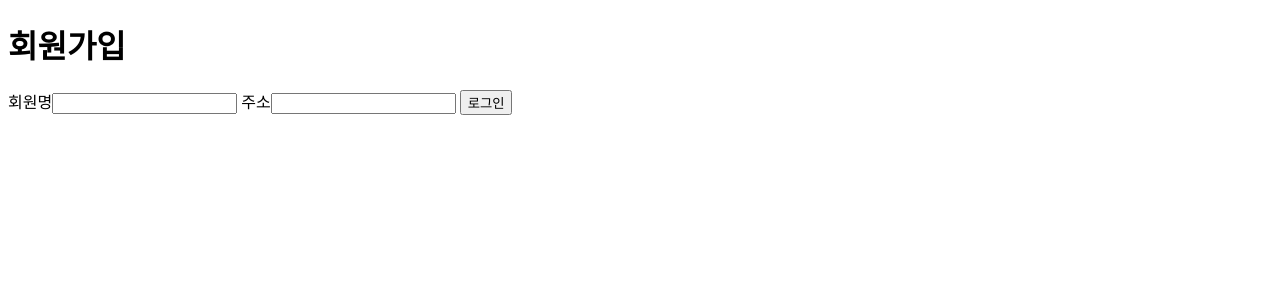
Repository: ssookkdduugg/jsp
Page: http://localhost/Hello/memReg.jsp
An editor plug-in stored every save of this project. The page is shown before and after the next save, followed by the edit.
The browser window is 1280 px wide. The pictures show the whole page.
The page is served by Tomcat 9. Other server files are loaded and not shown.

Above is the page before, as saved 2023-09-19 05:14:36.

### Hello/src/main/webapp/memReg.jsp
<%@ page language="java" contentType="text/html; charset=UTF-8"
    pageEncoding="UTF-8"%>
<!DOCTYPE html>
<html>
<head>
<meta charset="UTF-8">
<title>Insert title here</title>
</head>
<body>
	<h1>회원가입</h1>
	<form action="./login2" method="post">
	<tr><th>회원명</th><td><input type="text" name="id"></td></tr>
	<tr><th>주소</th><td><input type="text" name="addr"></td></tr>
	<tr><td></td><td><input type="submit" value="로그인"></td></tr>
</table>
</form>
</body>
</html>

After the next save:
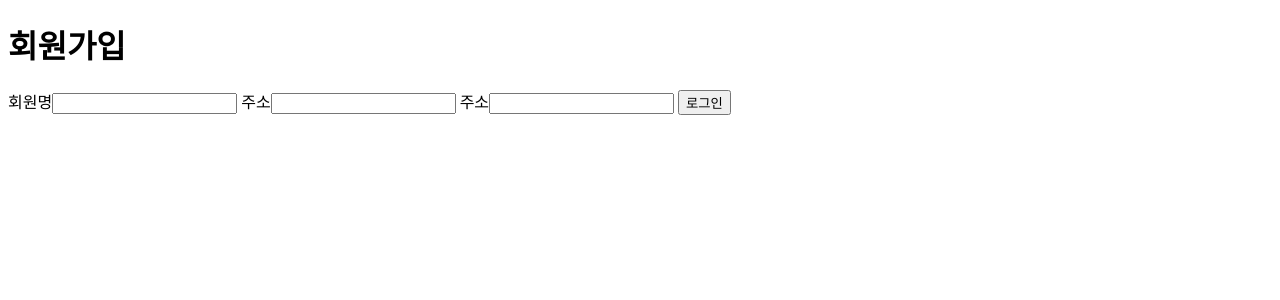
Saved 18 s later.
--- a/Hello/src/main/webapp/memReg.jsp
+++ b/Hello/src/main/webapp/memReg.jsp
@@ -11,6 +11,7 @@
 	<form action="./login2" method="post">
 	<tr><th>회원명</th><td><input type="text" name="id"></td></tr>
 	<tr><th>주소</th><td><input type="text" name="addr"></td></tr>
+	<tr><th>주소</th><td><input type="text" name="num"></td></tr>
 	<tr><td></td><td><input type="submit" value="로그인"></td></tr>
 </table>
 </form>
